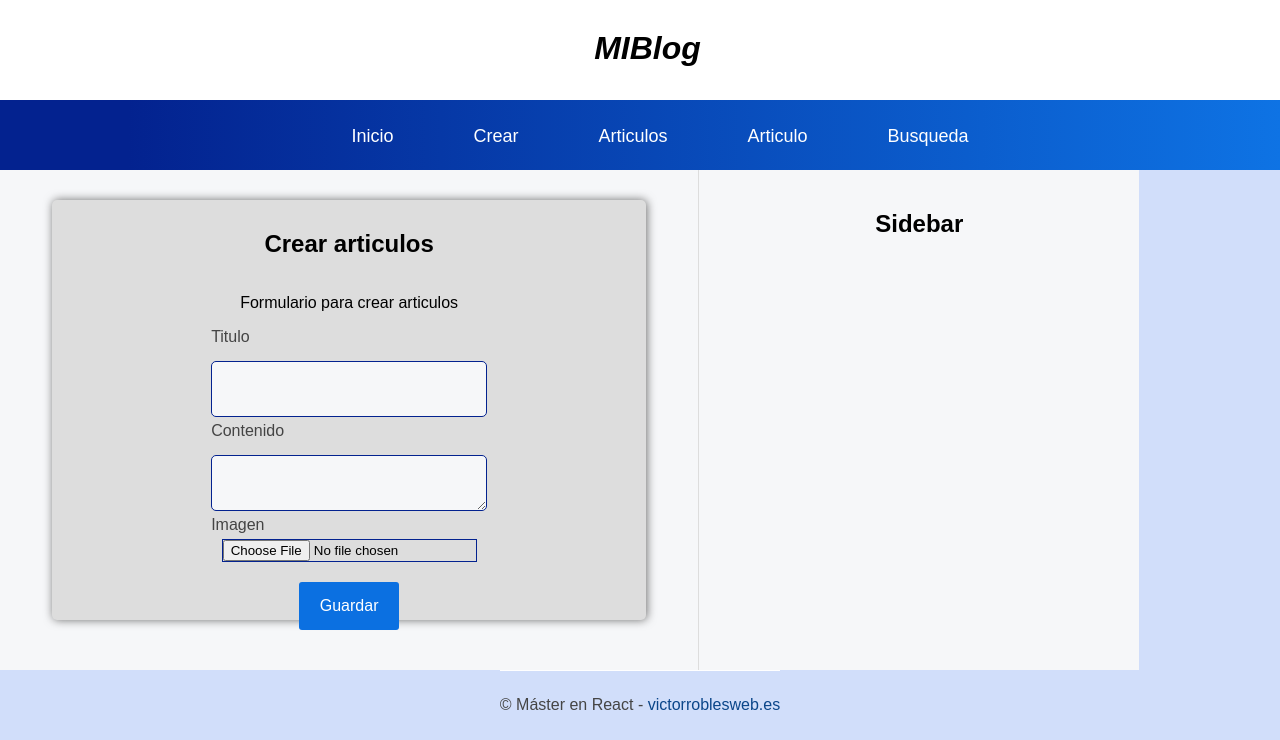
Repository: DamianBermudez94/frondEnd-blog
Page: /crear
These files come from the project's save history. The page is drawn as it stood at one moment and after the next save; the edit follows.
The browser window is 1280 px wide. The pictures show the whole page.
The project was rebuilt for these pictures with package versions that can differ from the ones it lists, and the page was loaded fresh each time. Also part of the build but not shown: vite.config.js, src/components/pages/Inicio.jsx, src/components/pages/Busqueda.jsx, src/helper/Global.jsx, src/helper/Peticion.jsx, src/components/pages/Listado.jsx, src/components/pages/Articulos.jsx, src/components/pages/Articulo.jsx.

Above is the page before, as saved 2023-08-14 19:29:46.

### index.html
<!doctype html>
<html lang="es">
  <head>
    <meta charset="UTF-8" />
    <link rel="icon" type="image/svg+xml" href="/vite.svg" />
    <meta name="viewport" content="width=device-width, initial-scale=1.0" />
    <title>Proyecto-blog</title>
  </head>
  <body>
    <div id="root"></div>
    <script type="module" src="/src/main.jsx"></script>
  </body>
</html>

### src/main.jsx

import ReactDOM from 'react-dom/client'
import App from './App.jsx'
import './index.css'

ReactDOM.createRoot(document.getElementById('root')).render(

    <App />

)

### src/App.jsx
import { Rutas } from "./router/rutas"



function App() {


  return (
    <div className="layout">
      <Rutas></Rutas>
    </div>
  )
}

export default App

### src/index.css
/*:root {
  font-family: Inter, system-ui, Avenir, Helvetica, Arial, sans-serif;
  line-height: 1.5;
  font-weight: 400;

  color-scheme: light dark;
  color: rgba(255, 255, 255, 0.87);
  background-color: #242424;

  font-synthesis: none;
  text-rendering: optimizeLegibility;
  -webkit-font-smoothing: antialiased;
  -moz-osx-font-smoothing: grayscale;
  -webkit-text-size-adjust: 100%;
}

a {
  font-weight: 500;
  color: #646cff;
  text-decoration: inherit;
}
a:hover {
  color: #535bf2;
}

body {
  margin: 0;
  display: flex;
  place-items: center;
  min-width: 320px;
  min-height: 100vh;
}

h1 {
  font-size: 3.2em;
  line-height: 1.1;
}

button {
  border-radius: 8px;
  border: 1px solid transparent;
  padding: 0.6em 1.2em;
  font-size: 1em;
  font-weight: 500;
  font-family: inherit;
  background-color: #1a1a1a;
  cursor: pointer;
  transition: border-color 0.25s;
}
button:hover {
  border-color: #000bdb;
}
button:focus,
button:focus-visible {
  outline: 4px auto -webkit-focus-ring-color;
}

@media (prefers-color-scheme: light) {
  :root {
    color: #213547;
    background-color: #ffffff;
  }
  a:hover {
    color: #000dff;
  }
  button {
    background-color: #f9f9f9;
  }
}*/


/*ESTILOS GENERALES*/

body{
  background: #d1defa;
  font-family: sans-serif, Arial, Helvetica;
  text-align: center;
  padding: 0px;
  margin: 0px;
  box-sizing: border-box;

}

.layout{
  display: grid;
  grid-template-areas:
      "header header header header"
      "nav nav nav nav"
      "content content content lateral"
      "footer footer footer footer"
  ;
  grid-template-rows: 100px 70px auto 70px;
}

/*ESTILOS CABECERA*/

.header{
  grid-area: header;
  width: 100%;
  background: white;
  text-align: left;
  font-style: italic;

  display: flex;
  justify-content: center;
}



.header h1{
  margin-left: 15px;
  margin-top: 30px;
}

/*ESTILOS DE LA BARRA DE NAVEGACIÓN*/

.nav{
  grid-area: nav;
  background: linear-gradient(90deg, #03228f 10%, #0e73e4 100%);
}

.nav > ul {
  display: flex;
  justify-content: center;
  align-items: center;
  list-style: none;
}

.nav li{
  padding: 10px;
}

.nav a {
  display: block;
  margin-left: 30px;
  margin-right: 30px;
  font-size: 18px;
  font-weight: lighter;
  color: white;
  text-decoration: none;
  transition: all 300ms;
}

.nav a:hover{
  transform: scale(1.1, 1.1);
}

/*ESTILOS PARA EL CONTENIDO PRINCIPAL*/

.content{

  grid-area: content;
  background: #f6f7f9;
  display: flex;
  flex-flow: wrap;
  justify-content: flex-start;
  align-items: initial;
  flex-grow: 1;
}
.jumbo{
  width: 85%;
  height: 80%;
  padding-top: 20px;
  display: flex;
  background-color: #ddd;
  justify-content: center;
  align-items: center;
  flex-direction: column;
  border-radius: 5px;
  box-shadow: 1px 0px 10px 0px #6e6e6e;
  margin: 30px auto;
}
.articulo-item{
  flex-grow: 1;
  background: white;
  border-radius: 10px;
  box-shadow: 0px 0px 6px #ddd;
  margin: 20px;
  padding-top: 60px;
  padding-bottom: 60px;
  padding-left: 25px;
  padding-right: 25px;
  display: flex;
  justify-content: center;
  align-items: center;
  max-height: 225px;
}
.articulo-img img{
  width: 500px;
  overflow: hidden;
}
.articulo-item .edit{
  margin-right: 7px;
}
.articulo-datos{
  text-align: left;
}
.title-articulo{
  font-size: 25px;

}
.button,
button,
input[type="submit"],
input[type="button"]{
  width: 100px;
  background: #0b70e1;
  color: white;
  border: 0;
  outline: 0;
  padding:15px;
  border-radius: 3px;
  margin-top:15px;
  text-transform: capitalize;
  font-size: 16px;
  font-weight: 500;
  cursor: pointer;
  transition: all 300ms;
}
.articulo-borrar{
  margin-right: 20px;
}
.articulo-item .articulo-borrar:hover{

  background: #9b0202;
}

.articulo-item .articulo-editar:hover{
  background: #e77b00;
}

/*ESTILOS BARRA LATERAL*/

.lateral{
  width: 400px;
  grid-area: lateral;
  background: #f6f7f9;
  border-left: 1px solid #ddd;
  padding: 20px;
}

.lateral > div{
  box-sizing: border-box;
  width: 90%;
  margin: 20px;
  padding: 20px;
  padding-top: 10px;
  background: white;
  border-radius: 10px;
  box-shadow: 0px 0px 6px #ddd;
}

input[type="text"],
input[type="text"],
textarea,
input[type="text"],
input[type="text"],
textarea
{
  display: block;
  margin: 0 auto;
  margin-top: 15px;
  padding: 12px;
  border-radius: 5px;
  background: #f6f7f9;
  color: #454545;
  width: 80%;
  max-width: 250px;
  min-width: 250px;
  min-height: 30px;
  max-height: 250px;
  opacity: 4;
  outline: 0;
  border-color: transparent;
}
.no-encontrado{
  color: #9b0202;
}
.edit_form{
  border-top: 1px solid #ddd;
  margin-top: 10px;
}
.formulario{
 margin-top: 0;
}
.grup-form label{
 display: block;
  text-align: left;

  color: #444;
  margin-bottom: 5px;
}
.grup-form input,
.grup-form textarea{
  border: 1px solid #03228f;
   margin-bottom: 5px;
   outline: 0;
 }
/*ESTILOS PARA EL PIE DE PÁGINA*/
.footer{
  max-height: 300px;
  grid-area: footer;
  margin: 0 auto;
  background-color: #d1defa;
  color: #454545;
  border-top: 1px solid white;

  line-height: 68px;

}

.footer a{
  color: #0b468a;
  text-decoration: none;
}

@media (max-width: 1085px){
  .content {
      flex-flow: column wrap;
      justify-content: center;
      align-items: center;
  }

  .articulo-item{
      width: 80%;
  }
}

### src/router/rutas.jsx

import { BrowserRouter, Routes, Route } from "react-router-dom";
import { Inicio } from "../components/pages/Inicio";
import { Busqueda } from "../components/pages/Busqueda";
import { Crear } from "../components/pages/Crear";
import Articulos from "../components/pages/Articulos";
import { Articulo } from "../components/pages/Articulo";
import { Header } from "../components/layout/Header";
import { Nav } from "../components/layout/Nav";
import { Footer } from "../components/layout/Footer";
import { Sidebar } from "../components/layout/Sidebar";


export const Rutas = ()=>{

    return(

        <BrowserRouter>
            {/*Layout*/}
            <Header></Header>
            <Nav></Nav>
            {/*Contenido principal y rutas*/}
            <section id="content" className="content">
                <Routes>
                    <Route path="/" element={<Inicio/>}/>
                    <Route path="/inicio" element={<Inicio/>}/>
                    <Route path="/busqueda" element={<Busqueda/>}/>
                    <Route path="/crear" element={<Crear/>}/>
                    <Route path="/articulos" element={<Articulos/>}/>
                    <Route path="/articulo" element={<Articulo/>}/>
                </Routes>
            </section>
            <Sidebar/>
            <Footer></Footer>
        </BrowserRouter>

    )

}

### src/components/pages/Crear.jsx


export const Crear = () => {
  return (
    <div className="jumbo">
      <h1>Crear articulos</h1>
      <p>Formulario para crear articulos</p>
      <form className="formulario">
        <div className="grup-form">
          <label htmlFor="titulo">Titulo</label>
          <input type="text" name="titulo"/>
        </div>
        <div className="grup-form">
          <label htmlFor="contenido">Contenido</label>
          <textarea type="textarea" name="contenido"/>
        </div>
        <div className="grup-form">
          <label htmlFor="file0">Imagen</label>
          <input type="file" name="file0" id="file"/>
        </div>
        <input type="submit" value="Guardar" className="btn btn-succes" />
      </form>
    </div>
  );
};

### src/components/layout/Header.jsx
import React from 'react'

export const Header = () => {
  return (

         <header className="header">
            <h1>MIBlog</h1>
        </header>

  )
}

### src/components/layout/Nav.jsx
import React from 'react'
import { NavLink } from 'react-router-dom'

export const Nav = () => {
  return (

           <nav className="nav">
            <ul>
                <li><NavLink to="/#">Inicio</NavLink></li>
                <li><NavLink to="/crear">Crear</NavLink></li>
                <li><NavLink to="/articulos">Articulos</NavLink></li>
                <li><NavLink to="/articulo">Articulo</NavLink></li>
                <li><NavLink to="/busqueda">Busqueda</NavLink></li>

            </ul>
        </nav>

  )
}

### src/components/layout/Footer.jsx
import React from 'react'

export const Footer = () => {
  return (

         <footer className="footer">
            &copy; Máster en React - <a href="https://victorroblesweb.es">victorroblesweb.es</a>
        </footer>

  )
}

### src/components/layout/Sidebar.jsx
import React from 'react'

export const Sidebar = () => {
  return (
        <aside className="lateral">

            <h1>Sidebar</h1>

        </aside>

  )
}

After the next save:
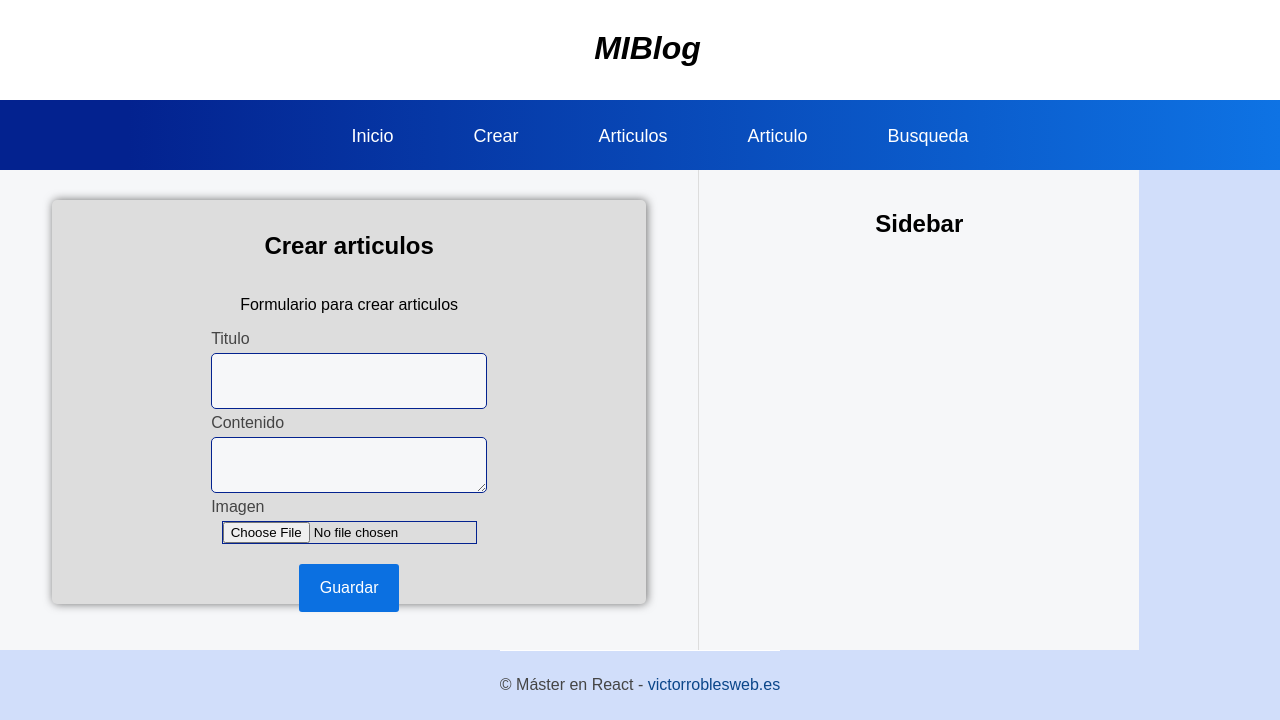
Saved 10 s later.
--- a/src/index.css
+++ b/src/index.css
@@ -295,6 +295,7 @@ textarea
   border: 1px solid #03228f;
    margin-bottom: 5px;
    outline: 0;
+   margin-top: 0;
  }
 /*ESTILOS PARA EL PIE DE PÁGINA*/
 .footer{
